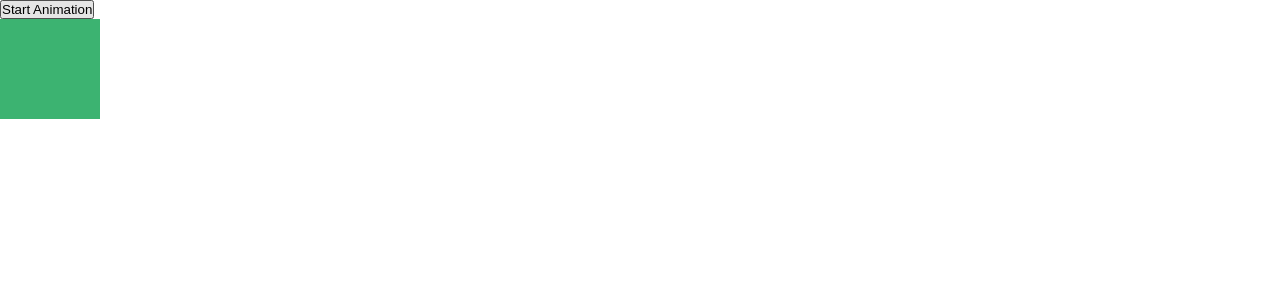
Repository: Junhee1412/front_end_practice
Page: jquery, bootstrap/js03_effect/public/js02_animation.html
These files come from the project's save history. The page is drawn as it stood at one moment and after the next save; the edit follows.
The browser window is 1280 px wide. The pictures show the whole page.
After loading, the first visible `#box` was clicked once.

Above is the page before, as saved 2022-11-15 03:16:04.

After the next save:
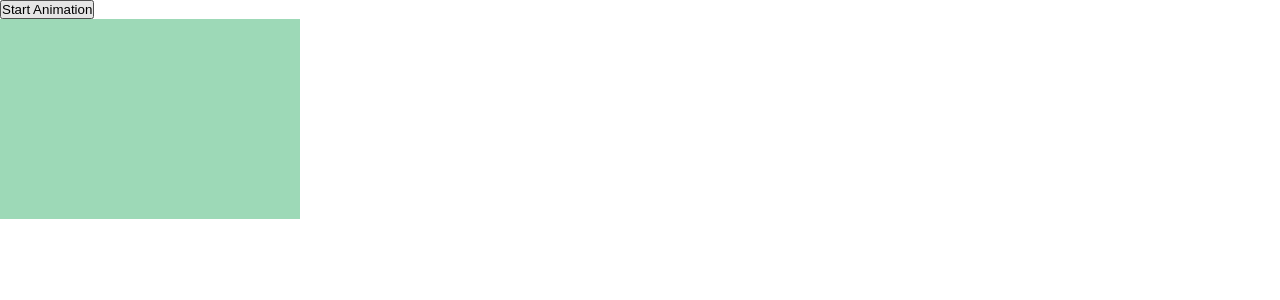
Saved 83 s later.
--- a/jquery, bootstrap/js03_effect/public/js02_animation.html
+++ b/jquery, bootstrap/js03_effect/public/js02_animation.html
@@ -52,7 +52,12 @@
 			});
 		})
 	 //animation효과는 누적처리(animation Queue)
-	 	$('#box').click(function(){})
+	 	$('#box').click(function(){
+	 		$(this).animate({height:'300px', opacity:'0.5'},'slow');
+	 		$(this).animate({width:'300px', opacity:'0.5'},'slow');
+	 		$(this).animate({height:'100px', opacity:'0.5'},'slow');
+	 		$(this).animate({width:'100px', opacity:'0.5'},'slow');
+	 	})
 	 })
 
 	</script>
